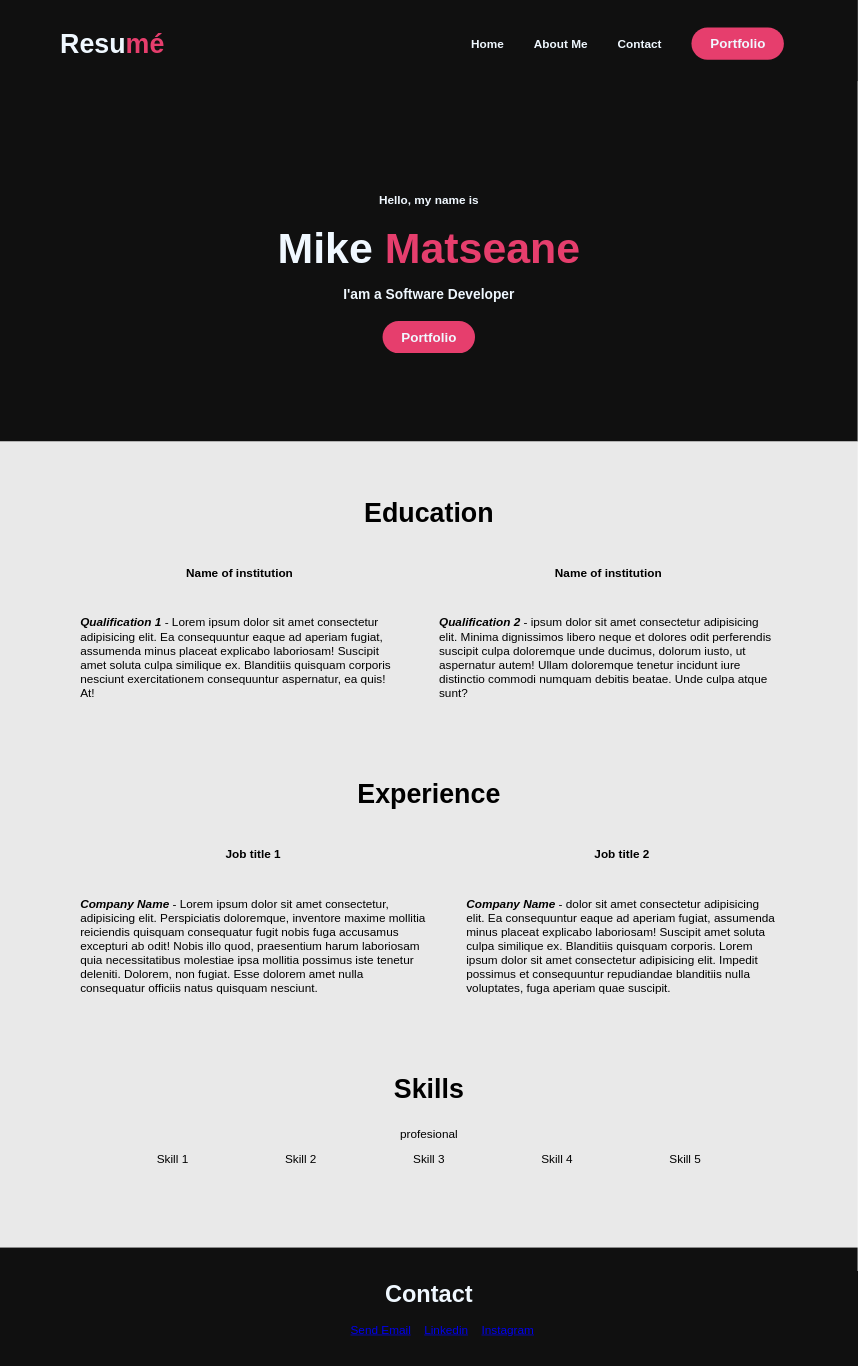
Repository: mikempho/Resume1
Page: resume1.html
An editor plug-in stored every save of this project. The page is shown before and after the next save, followed by the edit.
The browser window is 1280 px wide. The pictures show the whole page, at 67% of full size.

Above is the page before, as saved 2022-03-29 15:41:13.

After the next save:
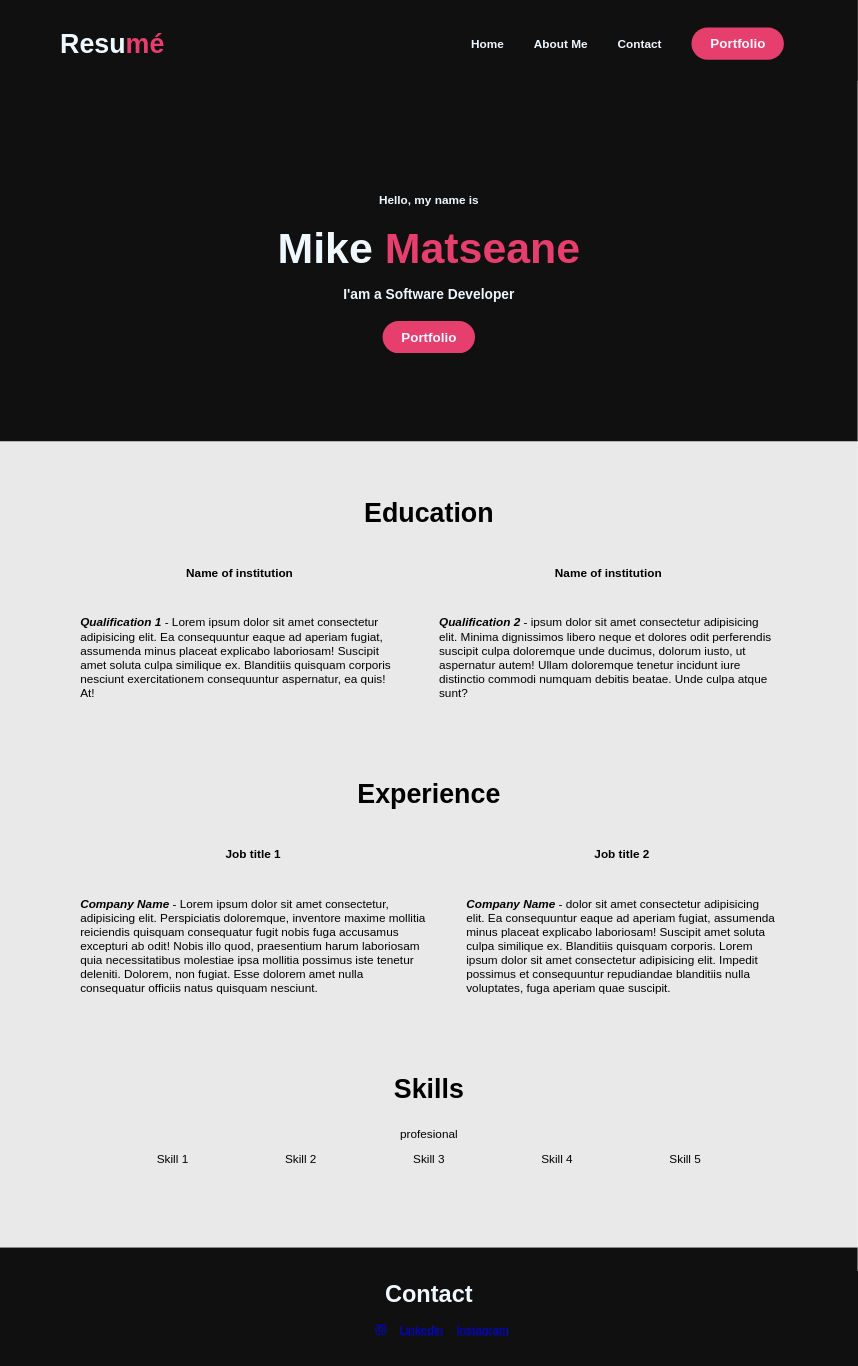
Saved 4 min 57 s later.
--- a/resume1.html
+++ b/resume1.html
@@ -101,7 +101,7 @@
                 <!-- target(_blank) = New Tab -->
 
                 <!-- Send Email -->
-                <li><a href="mailto:mikempho03@gmail.com" target="_blank">Send Email</a></li>
+                <li><a href="mailto:mikempho03@gmail.com" target="_blank"><i class="fa-brands fa-instagram"></i></a></li>
 
                 <!-- Linkedin (Socials) -->
                 <li><a href="https://www.linkedin.com/feed/" target="_blank">Linkedin</a></li>
